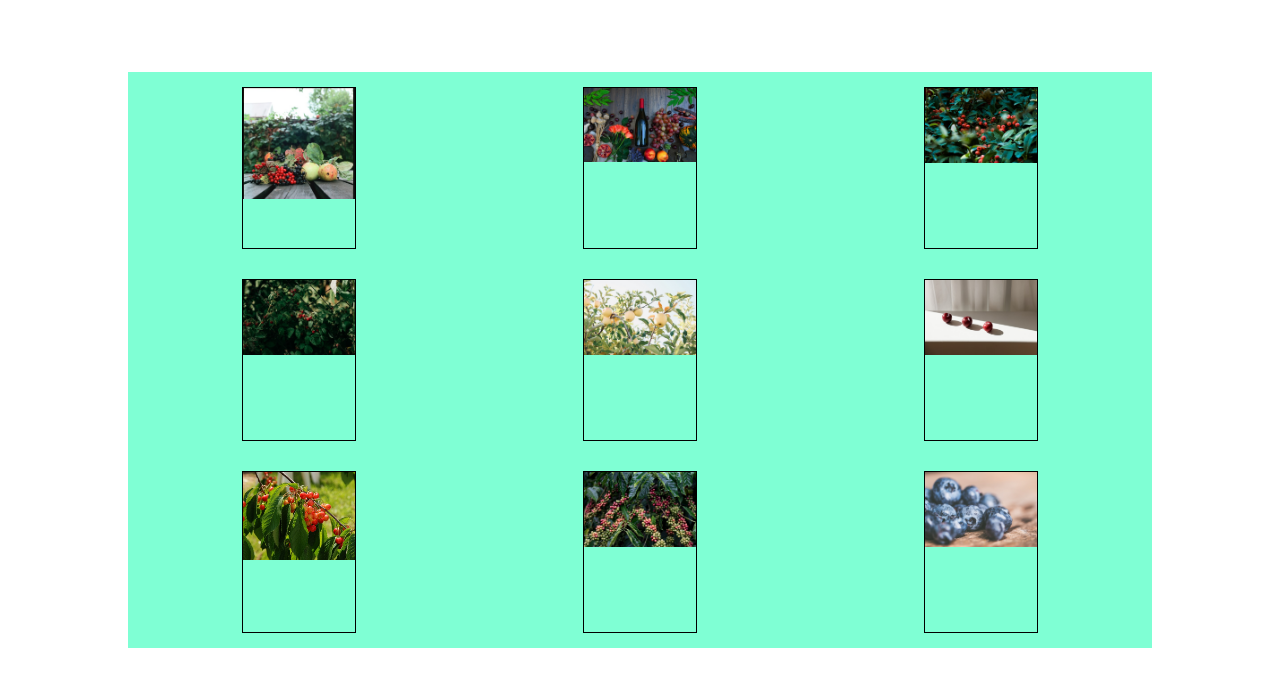
Repository: lidkaa/devTasks
Page: 0. Zadania Testowe/zadania/FlexboxCentered.html
The author's editor kept a copy of each file at every save. The page is drawn from the files as they stood at one save, then again after the next save.
The browser window is 1280 px wide. The pictures show the whole page.

Above is the page before, as saved 2022-01-31 13:56:12.

After the next save:
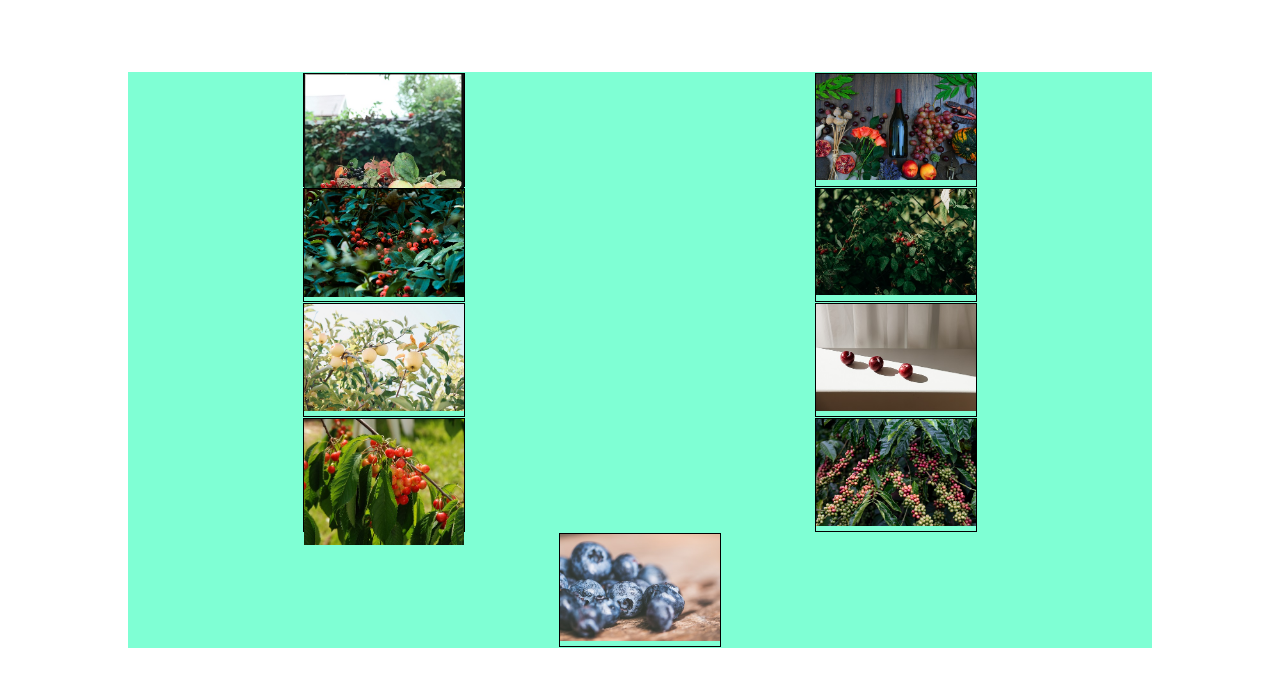
Saved 7 s later.
--- a/0. Zadania Testowe/zadania/flexboxcentered.css
+++ b/0. Zadania Testowe/zadania/flexboxcentered.css
@@ -25,8 +25,8 @@
 }
 
 .cell {
-    height: 10rem;
-    width: 7rem;
+    height: 7rem;
+    width: 10rem;
     border: 1px solid black;
     margin: 0 90px;
 }
